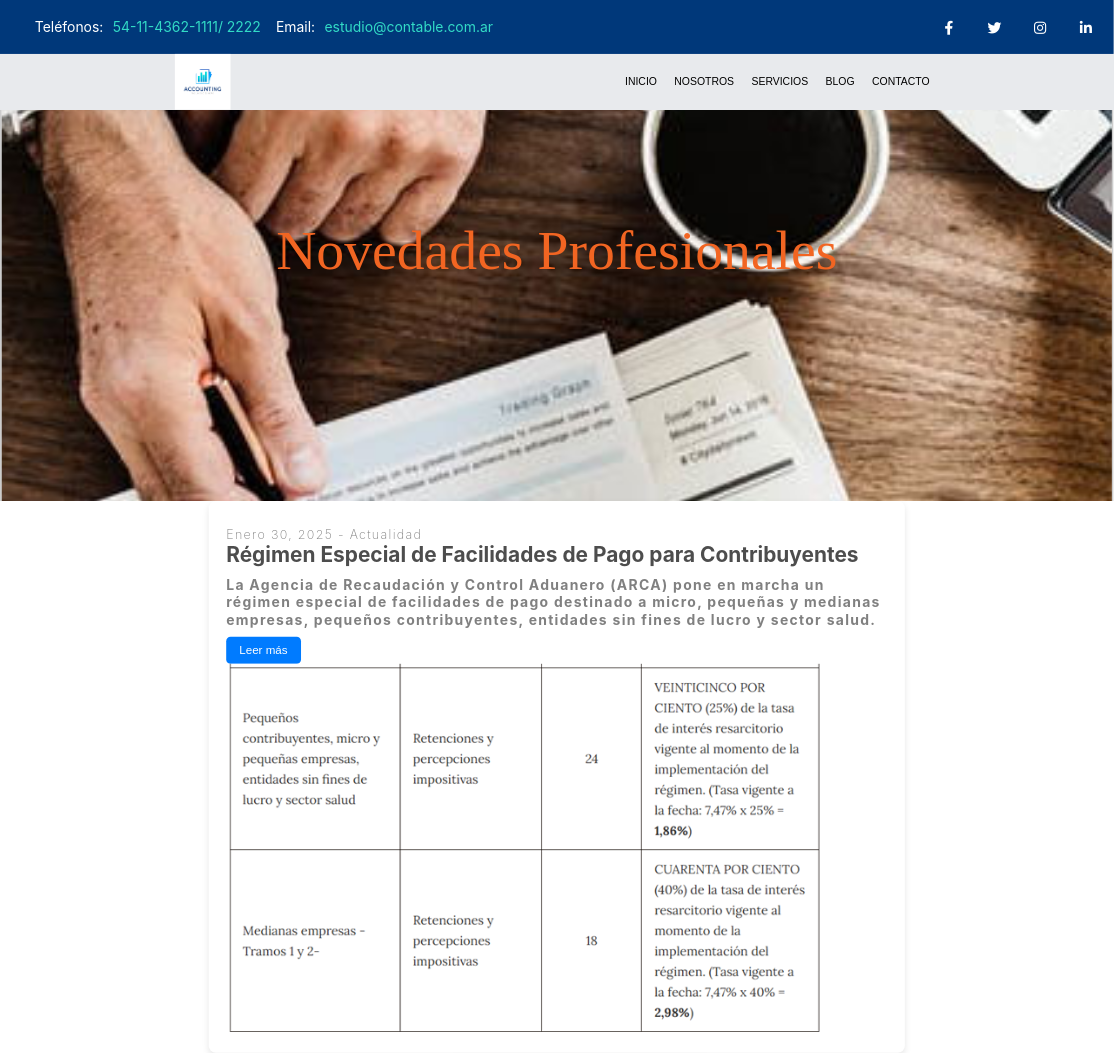
Repository: Gustavo-Leiva/estudioContable
Page: html/blog.html
These files come from the project's save history. The page is drawn as it stood at one moment and after the next save; the edit follows.
The browser window is 1280 px wide. The pictures show the part of the page from y = 0 to 1210 px (the page is 2202 px tall before and 2236 px after), at 87% of full size.
A picture or video elsewhere on the page could not be fetched, so the positions and the page height are approximate. Some web libraries are served in a nearby version.

Above is the page before, as saved 2025-01-31 18:22:56.

After the next save:
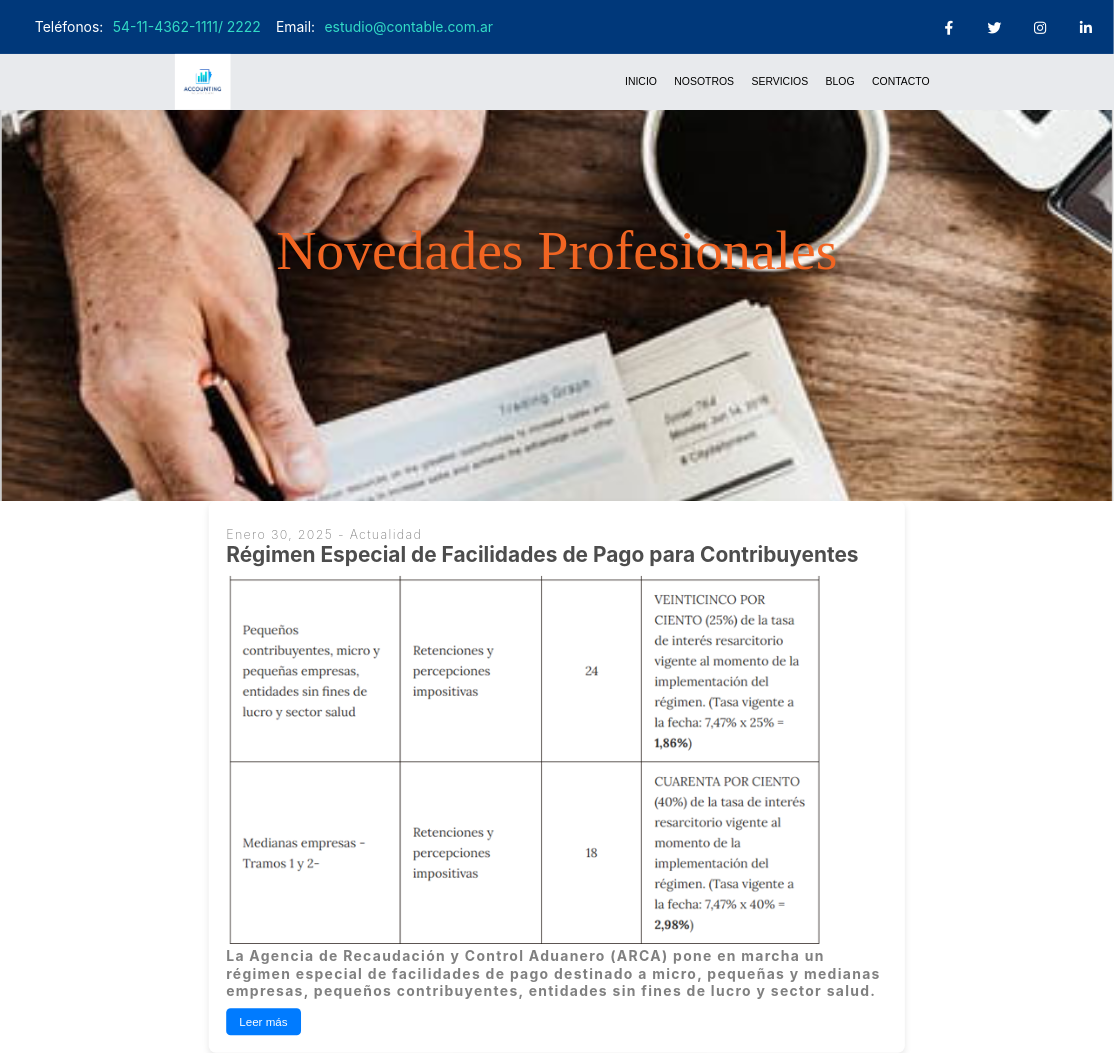
Saved 78 s later.
--- a/js/app1.js
+++ b/js/app1.js
@@ -12,12 +12,16 @@
 
                 // Insertar el contenido de cada artículo dentro de la tarjeta sin los comentarios incorrectos
                 card.innerHTML = `
-                    <p class="date">${articulo.fecha}</p>  <!-- Fecha de publicación -->
-                    <h2>${articulo.titulo}</h2>  <!-- Título del artículo -->
-                    <p class="summary">${articulo.resumen}</p>  <!-- Resumen del artículo -->
-                    <p class="full-content" style="display: none;">${articulo.contenido}</p>  <!-- Contenido completo (oculto inicialmente) -->
-                    <button class="read-more">Leer más</button>  <!-- Botón para mostrar/ocultar el contenido -->
+                    <div class="card-header">
+                        <p class="date">${articulo.fecha}</p>  <!-- Fecha de publicación -->
+                        <h2>${articulo.titulo}</h2>  <!-- Título del artículo -->
+                    </div>
                     <img src="${articulo.imagen}" alt="Imagen del artículo" class="article-image"/>  <!-- Imagen del artículo -->
+                    <div class="card-body">
+                        <p class="summary">${articulo.resumen}</p>  <!-- Resumen del artículo -->
+                        <p class="full-content" style="display: none;">${articulo.contenido}</p>  <!-- Contenido completo (oculto inicialmente) -->
+                        <button class="read-more">Leer más</button>  <!-- Botón para mostrar/ocultar el contenido -->
+                    </div>
                 `;
 
                 contenedor.appendChild(card);  // Añadir la tarjeta al contenedor de artículos

After the save that followed:
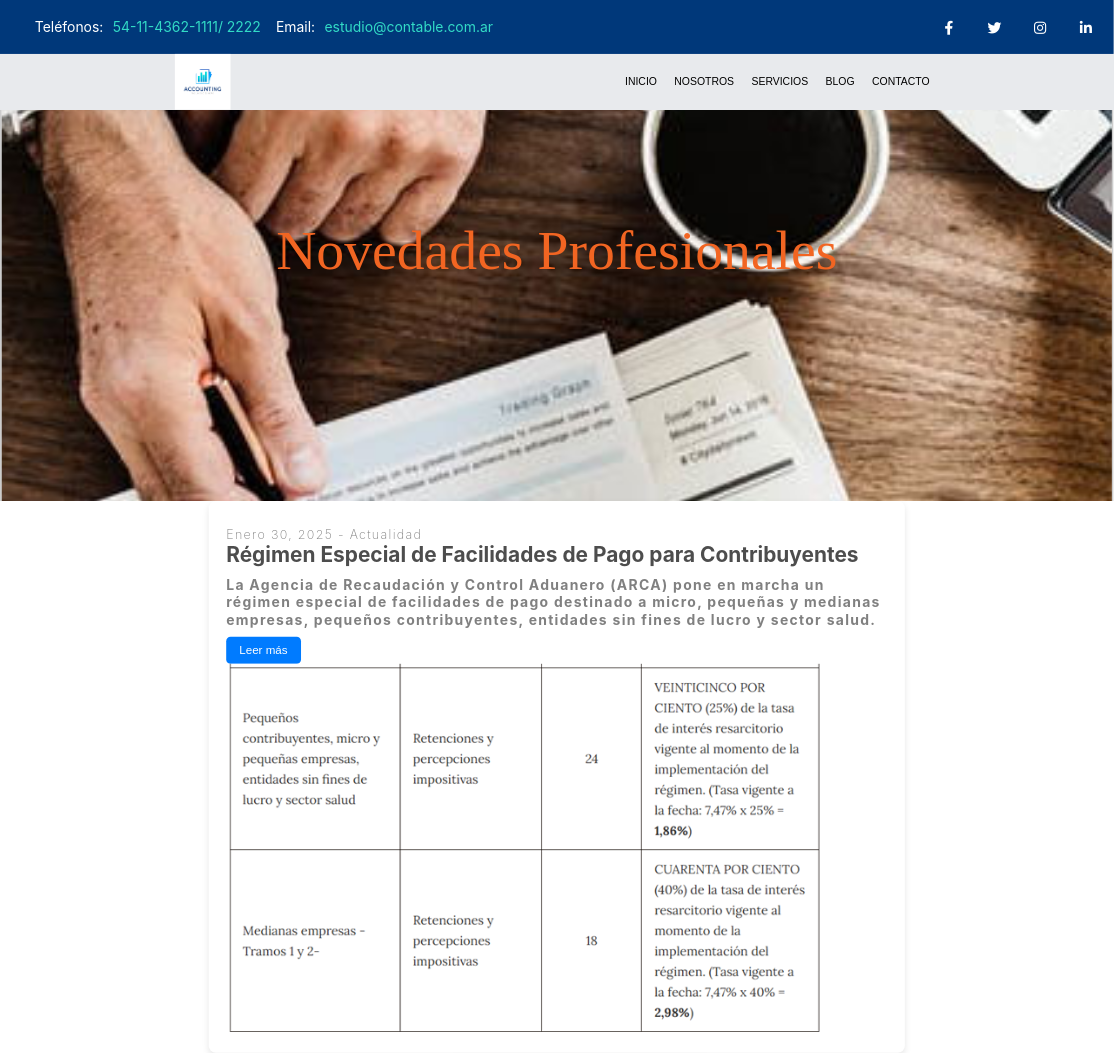
Saved 61 s later.
--- a/js/app1.js
+++ b/js/app1.js
@@ -16,11 +16,11 @@
                         <p class="date">${articulo.fecha}</p>  <!-- Fecha de publicación -->
                         <h2>${articulo.titulo}</h2>  <!-- Título del artículo -->
                     </div>
+                    <div class="card-body">
+                    <p class="summary">${articulo.resumen}</p>  <!-- Resumen del artículo -->
+                    <p class="full-content" style="display: none;">${articulo.contenido}</p>  <!-- Contenido completo (oculto inicialmente) -->
+                    <button class="read-more">Leer más</button>  <!-- Botón para mostrar/ocultar el contenido -->
                     <img src="${articulo.imagen}" alt="Imagen del artículo" class="article-image"/>  <!-- Imagen del artículo -->
-                    <div class="card-body">
-                        <p class="summary">${articulo.resumen}</p>  <!-- Resumen del artículo -->
-                        <p class="full-content" style="display: none;">${articulo.contenido}</p>  <!-- Contenido completo (oculto inicialmente) -->
-                        <button class="read-more">Leer más</button>  <!-- Botón para mostrar/ocultar el contenido -->
                     </div>
                 `;
 
